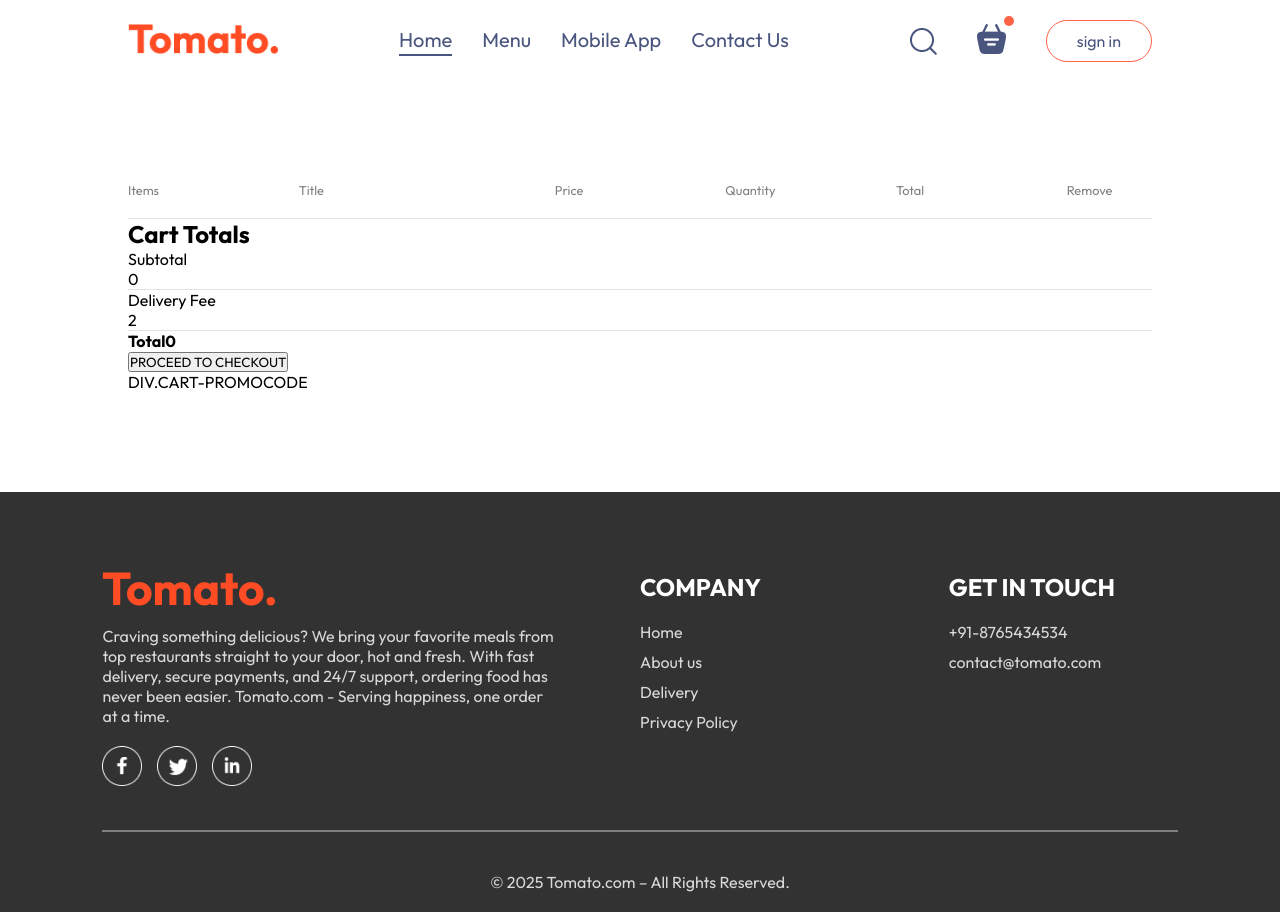
Repository: esakkiraj8104/FOOD_ORDER1
Page: /cart
These files come from the project's save history. The page is drawn as it stood at one moment and after a run of saves; the edit follows.
The browser window is 1280 px wide. The pictures show the whole page.
The project was rebuilt for these pictures with package versions that can differ from the ones it lists, and the page was loaded fresh each time. Also part of the build but not shown: vite.config.js, src/components/Navbar/Header/Haeder.css, src/components/Navbar/Header/Header.jsx, src/components/Navbar/ExploreMenu/ExploreMenu.css, src/components/Navbar/ExploreMenu/ExploreMenu.jsx, src/components/Navbar/FoodDisplay/FoodDisplay.css, src/components/Navbar/FoodItem/FoodItem.css, src/components/Navbar/FoodItem/FoodItem.jsx and 6 more. Imported but missing from the stored project, and not drawn on this page: src/pages/PlaceOrder/PlaceOrder.

Above is the page before, as saved 2025-05-20 18:49:39.

### index.html
<!doctype html>
<html lang="en">
  <head>
    <meta charset="UTF-8" />
    <link rel="icon" type="image/svg+xml" href="/vite.svg" />
    <meta name="viewport" content="width=device-width, initial-scale=1.0" />
    <title>Tomoto food Web</title>
  </head>
  <body>
    <div id="root"></div>
    <script type="module" src="/src/main.jsx"></script>
  </body>
</html>

### src/main.jsx
import React from 'react'
import ReactDOM from 'react-dom/client'
import './index.css'
import App from './App.jsx'
import {BrowserRouter} from 'react-router-dom'
import StoreContextProvider from './Context/StoreContext.jsx'

ReactDOM.createRoot(document.getElementById('root')).render(
  <BrowserRouter>
    <StoreContextProvider>
      <App />
    </StoreContextProvider>

  </BrowserRouter>

)

### src/index.css
@import url('https://fonts.googleapis.com/css2?family=Outfit:wght@100..900&display=swap');

*{
  padding: 0;
  margin: 0;
  box-sizing: border-box;
  font-family: outfit;
  scroll-behavior: smooth;
}
body{
  min-height: 100vh;
}
a{
  text-decoration :none;
  color: inherit;
}
.app{
  width: 80%;
  margin: auto;
}

@keyframes fadeIn {
  0%{
    opacity: 0;
  }
  100%{
    opacity: 1;
  }
}

### src/App.jsx
import React,{ useState } from 'react'
import { Route, Routes } from 'react-router-dom'
import Home from './pages/Home/Home'
import Cart from './pages/Cart/Cart'
import PlaceOrder from './pages/PlaceOrder/PlaceOrder'
import Navbar from './components/Navbar/Navbar/Navbar'
import Footer from './components/Navbar/Footer/Footer'
import LoginPopup from './components/LoginPopup/LoginPopup'

const App = () => {

  const[showLogin,setShowLogin]= useState(false)
  return (

    <>
    {showLogin?<LoginPopup setShowLogin={setShowLogin}/>:<></>}
      <div className='app'>
        <Navbar setShowLogin={setShowLogin}/>
        <Routes >
          <Route path='/' element={<Home />} />
          <Route path='/cart' element={<Cart />} />
          <Route path='/order' element={<PlaceOrder />} />
        </Routes>
      </div>
      <Footer />

    </>


  )
}

export default App

### src/Context/StoreContext.jsx
import { createContext, useEffect, useState } from "react";
import { food_list } from "../assets/assets";

export const StoreContext = createContext(null)

const StoreContextProvider = (props) => {

    const [cartItems,setCartItems]= useState({});

    const addToCart = (itemId) => {
        if (!cartItems[itemId]) {
            setCartItems((prev)=>({...prev,[itemId]:1}))
        }
        else{
            setCartItems((prev)=>({...prev,[itemId]:prev[itemId]+1}))
        }
    }

    const removeFromCart = (itemId) =>{
        setCartItems((prev)=>({...prev,[itemId]:prev[itemId]-1}))
    }

    useEffect(()=>{
        console.log(cartItems);
    },[cartItems])

    const contextValue = {
        food_list,
        cartItems,
        setCartItems,
        addToCart,
        removeFromCart

    }
    return (
        <StoreContext.Provider value={contextValue}>
            {props.children}
        </StoreContext.Provider>
    )
}

export default StoreContextProvider;

### src/pages/Cart/Cart.jsx
import React, { useContext } from 'react'
import './Cart.css'
import { StoreContext } from '../../Context/StoreContext'
const Cart = () => {


  const { cartItems, food_list, removeFromCart } = useContext(StoreContext);
  return (
    <div className='cart'>
      <div className="cart-items">
        <div className="cart-items-title">
          <p>Items</p>
          <p>Title</p>
          <p>Price</p>
          <p>Quantity</p>
          <p>Total</p>
          <p>Remove</p>
        </div>
        <br />
        <hr />
        {food_list.map((item, index) => {
          if (cartItems[item._id] > 0) {
            return (
              <div>
                <div className='cart-items-title cart-items-item'>
                  <img src={item.image} alt="" />
                  <p>{item.name}</p>
                  <p>${item.price}</p>
                  <p>{cartItems[item._id]}</p>
                  <p>${item.price * cartItems[item._id]}</p>
                  <p  onClick={()=>removeFromCart(item._id)} className='cross'>❌</p>
                </div>
                <hr />
              </div>

            )
          }
        })}
      </div>
      <div className="cart-bottom">
        <div className="cart-total">
          <h2>Cart Totals</h2>
          <div>
            <div className="cart-total-details">
              <p>Subtotal</p>
              <p>{0}</p>
            </div>
            <hr />
            <div className="cart-total-details">
              <p>Delivery Fee</p>
              <p>{2}</p>
            </div>
             <hr />
            <div className="cart-total-details">
              <b>Total</b>
              <b>{0}</b>
            </div>
          </div>
          <button>PROCEED TO CHECKOUT</button>
        </div>
        DIV.CART-PROMOCODE
      </div>
    </div>
  )
}

export default Cart

### src/components/Navbar/Navbar/Navbar.jsx
import React, { useState } from 'react'
import './Navbar.css'
import { assets } from '../../../assets/assets'
import { Link } from 'react-router-dom';
const Navbar = ({setShowLogin}) => {

    const [menu,setMenu] = useState("home");
  return (
    <div className='navbar'>
        <Link to='/'><img src={assets.logo} alt="" className="logo" /></Link>
        <ul className="navbar-menu">
        <Link to='/'className={menu === "home" ? "active" : ""} onClick={() => setMenu("home")}>Home</Link>
        <a href='#explore-menu' className={menu === "menu" ? "active" : ""} onClick={() => setMenu("menu")}>Menu</a>
        <a href='#app-download'className={menu === "mobile-app" ? "active" : ""} onClick={() => setMenu("mobile-app")}>Mobile App</a>
        <a href='#footer'className={menu === "contact us" ? "active" : ""} onClick={() => setMenu("contact us")}>Contact Us</a>
        </ul>
        <div className="navbar-right">
            <img src={assets.search_icon} alt="" />
            <div className="navbar-search-icon">
                <Link to='/cart'><img src={assets.basket_icon} alt="" /></Link>
                <div className="dot"></div>
            </div>
            <button onClick={()=>setShowLogin(true)}>sign in</button>
        </div>
    </div>
  )
}

export default Navbar

### src/components/Navbar/Footer/Footer.jsx
import React from 'react'
import './Footer.css'
import { assets } from '../../../assets/assets'

const Footer = () => {
  return (

    <div className='footer' id='footer'>
      <div className="footer-content">
        <div className="footer-content-left">
          <img src={assets.logo} alt="" />
          <p>Craving something delicious? We bring your favorite meals from top restaurants straight to your door, hot and fresh.
            With fast delivery, secure payments, and  24/7 support, ordering food has never been easier.
            Tomato.com - Serving happiness, one order at a time.</p>
          <div className="footer-social-icons">
            <img src={assets.facebook_icon} alt="" />
            <img src={assets.twitter_icon} alt="" />
            <img src={assets.linkedin_icon} alt="" />
          </div>
        </div>
        <div className="footer-content-center">
          <h2>COMPANY</h2>
          <ul>
            <li>Home</li>
            <li>About us</li>
            <li>Delivery</li>
            <li>Privacy Policy</li>
          </ul>
        </div>
        <div className="footer-content-right">
          <h2>GET IN TOUCH</h2>
          <ul>
            <li>+91-8765434534</li>
            <li>contact@tomato.com</li>
          </ul>
        </div>
      </div>
      <hr />
      <p className="footer-copyright">© 2025 Tomato.com – All Rights Reserved.</p>
    </div>
  )
}

export default Footer

### src/assets/assets.js
import basket_icon from './basket_icon.png'
import logo from './logo.png'
import header_img from './header_img.png'
import search_icon from './search_icon.png'
import menu_1 from './menu_1.png'
import menu_2 from './menu_2.png'
import menu_3 from './menu_3.png'
import menu_4 from './menu_4.png'
import menu_5 from './menu_5.png'
import menu_6 from './menu_6.png'
import menu_7 from './menu_7.png'
import menu_8 from './menu_8.png'

import food_1 from './food_1.png'
import food_2 from './food_2.png'
import food_3 from './food_3.png'
import food_4 from './food_4.png'
import food_5 from './food_5.png'
import food_6 from './food_6.png'
import food_7 from './food_7.png'
import food_8 from './food_8.png'
import food_9 from './food_9.png'
import food_10 from './food_10.png'
import food_11 from './food_11.png'
import food_12 from './food_12.png'
import food_13 from './food_13.png'
import food_14 from './food_14.png'
import food_15 from './food_15.png'
import food_16 from './food_16.png'
import food_17 from './food_17.png'
import food_18 from './food_18.png'
import food_19 from './food_19.png'
import food_20 from './food_20.png'
import food_21 from './food_21.png'
import food_22 from './food_22.png'
import food_23 from './food_23.png'
import food_24 from './food_24.png'
import food_25 from './food_25.png'
import food_26 from './food_26.png'
import food_27 from './food_27.png'
import food_28 from './food_28.png'
import food_29 from './food_29.png'
import food_30 from './food_30.png'
import food_31 from './food_31.png'
import food_32 from './food_32.png'

import add_icon_white from './add_icon_white.png'
import add_icon_green from './add_icon_green.png'
import remove_icon_red from './remove_icon_red.png'
import app_store from './app_store.png'
import play_store from './play_store.png'
import linkedin_icon from './linkedin_icon.png'
import facebook_icon from './facebook_icon.png'
import twitter_icon from './twitter_icon.png'
import cross_icon from './cross_icon.png'
import selector_icon from './selector_icon.png'
import rating_starts from './rating_starts.png'
import profile_icon from './profile_icon.png'
import bag_icon from './bag_icon.png'
import logout_icon from './logout_icon.png'
import parcel_icon from './parcel_icon.png'

export const assets = {
    logo,
    basket_icon,
    header_img,
    search_icon,
    rating_starts,
    add_icon_green,
    add_icon_white,
    remove_icon_red,
    app_store,
    play_store,
    linkedin_icon,
    facebook_icon,
    twitter_icon,
    cross_icon,
    selector_icon,
    profile_icon,
    logout_icon,
    bag_icon,
    parcel_icon
}

export const menu_list = [
    {
        menu_name: "Salad",
        menu_image: menu_1
    },
    {
        menu_name: "Rolls",
        menu_image: menu_2
    },
    {
        menu_name: "Deserts",
        menu_image: menu_3
    },
    {
        menu_name: "Sandwich",
        menu_image: menu_4
    },
    {
        menu_name: "Cake",
        menu_image: menu_5
    },
    {
        menu_name: "Pure Veg",
        menu_image: menu_6
    },
    {
        menu_name: "Pasta",
        menu_image: menu_7
    },
    {
        menu_name: "Noodles",
        menu_image: menu_8
    }]

export const food_list = [
    {
        _id: "1",
        name: "Greek salad",
        image: food_1,
        price: 12,
        description: "Food provides essential nutrients for overall health and well-being",
        category: "Salad"
    },
    {
        _id: "2",
        name: "Veg salad",
        image: food_2,
        price: 18,
        description: "Food provides essential nutrients for overall health and well-being",
        category: "Salad"
    }, {
        _id: "3",
        name: "Clover Salad",
        image: food_3,
        price: 16,
        description: "Food provides essential nutrients for overall health and well-being",
        category: "Salad"
    }, {
        _id: "4",
        name: "Chicken Salad",
        image: food_4,
        price: 24,
        description: "Food provides essential nutrients for overall health and well-being",
        category: "Salad"
    }, {
        _id: "5",
        name: "Lasagna Rolls",
        image: food_5,
        price: 14,
        description: "Food provides essential nutrients for overall health and well-being",
        category: "Rolls"
    }, {
        _id: "6",
        name: "Peri Peri Rolls",
        image: food_6,
        price: 12,
        description: "Food provides essential nutrients for overall health and well-being",
        category: "Rolls"
    }, {
        _id: "7",
        name: "Chicken Rolls",
        image: food_7,
        price: 20,
        description: "Food provides essential nutrients for overall health and well-being",
        category: "Rolls"
    }, {
        _id: "8",
        name: "Veg Rolls",
        image: food_8,
        price: 15,
        description: "Food provides essential nutrients for overall health and well-being",
        category: "Rolls"
    }, {
        _id: "9",
        name: "Ripple Ice Cream",
        image: food_9,
        price: 14,
        description: "Food provides essential nutrients for overall health and well-being",
        category: "Deserts"
    }, {
        _id: "10",
        name: "Fruit Ice Cream",
        image: food_10,
        price: 22,
        description: "Food provides essential nutrients for overall health and well-being",
        category: "Deserts"
    }, {
        _id: "11",
        name: "Jar Ice Cream",
        image: food_11,
        price: 10,
        description: "Food provides essential nutrients for overall health and well-being",
        category: "Deserts"
    }, {
        _id: "12",
        name: "Vanilla Ice Cream",
        image: food_12,
        price: 12,
        description: "Food provides essential nutrients for overall health and well-being",
        category: "Deserts"
    },
    {
        _id: "13",
        name: "Chicken Sandwich",
        image: food_13,
        price: 12,
        description: "Food provides essential nutrients for overall health and well-being",
        category: "Sandwich"
    },
    {
        _id: "14",
        name: "Vegan Sandwich",
        image: food_14,
        price: 18,
        description: "Food provides essential nutrients for overall health and well-being",
        category: "Sandwich"
    }, {
        _id: "15",
        name: "Grilled Sandwich",
        image: food_15,
        price: 16,
        description: "Food provides essential nutrients for overall health and well-being",
        category: "Sandwich"
    }, {
        _id: "16",
        name: "Bread Sandwich",
        image: food_16,
        price: 24,
        description: "Food provides essential nutrients for overall health and well-being",
        category: "Sandwich"
    }, {
        _id: "17",
        name: "Cup Cake",
        image: food_17,
        price: 14,
        description: "Food provides essential nutrients for overall health and well-being",
        category: "Cake"
    }, {
        _id: "18",
        name: "Vegan Cake",
        image: food_18,
        price: 12,
        description: "Food provides essential nutrients for overall health and well-being",
        category: "Cake"
    }, {
        _id: "19",
        name: "Butterscotch Cake",
        image: food_19,
        price: 20,
        description: "Food provides essential nutrients for overall health and well-being",
        category: "Cake"
    }, {
        _id: "20",
        name: "Sliced Cake",
        image: food_20,
        price: 15,
        description: "Food provides essential nutrients for overall health and well-being",
        category: "Cake"
    }, {
        _id: "21",
        name: "Garlic Mushroom ",
        image: food_21,
        price: 14,
        description: "Food provides essential nutrients for overall health and well-being",
        category: "Pure Veg"
    }, {
        _id: "22",
        name: "Fried Cauliflower",
        image: food_22,
        price: 22,
        description: "Food provides essential nutrients for overall health and well-being",
        category: "Pure Veg"
    }, {
        _id: "23",
        name: "Mix Veg Pulao",
        image: food_23,
        price: 10,
        description: "Food provides essential nutrients for overall health and well-being",
        category: "Pure Veg"
    }, {
        _id: "24",
        name: "Rice Zucchini",
        image: food_24,
        price: 12,
        description: "Food provides essential nutrients for overall health and well-being",
        category: "Pure Veg"
    },
    {
        _id: "25",
        name: "Cheese Pasta",
        image: food_25,
        price: 12,
        description: "Food provides essential nutrients for overall health and well-being",
        category: "Pasta"
    },
    {
        _id: "26",
        name: "Tomato Pasta",
        image: food_26,
        price: 18,
        description: "Food provides essential nutrients for overall health and well-being",
        category: "Pasta"
    }, {
        _id: "27",
        name: "Creamy Pasta",
        image: food_27,
        price: 16,
        description: "Food provides essential nutrients for overall health and well-being",
        category: "Pasta"
    }, {
        _id: "28",
        name: "Chicken Pasta",
        image: food_28,
        price: 24,
        description: "Food provides essential nutrients for overall health and well-being",
        category: "Pasta"
    }, {
        _id: "29",
        name: "Buttter Noodles",
        image: food_29,
        price: 14,
        description: "Food provides essential nutrients for overall health and well-being",
        category: "Noodles"
    }, {
        _id: "30",
        name: "Veg Noodles",
        image: food_30,
        price: 12,
        description: "Food provides essential nutrients for overall health and well-being",
        category: "Noodles"
    }, {
        _id: "31",
        name: "Somen Noodles",
        image: food_31,
        price: 20,
        description: "Food provides essential nutrients for overall health and well-being",
        category: "Noodles"
    }, {
        _id: "32",
        name: "Cooked Noodles",
        image: food_32,
        price: 15,
        description: "Food provides essential nutrients for overall health and well-being",
        category: "Noodles"
    }
]

### src/pages/Cart/Cart.css
.cart{
    margin-top: 100px;
}
.cart-items-title{
    display: grid;
    grid-template-columns: 1fr 1.5fr 1fr 1fr 1fr 0.5fr;
    align-items: center;
    color: grey;
    font-size: max(1vw,12px);

}
.cart-items-item{
    margin: 10px 0px;
    color: black;
}
.cart-items-item img{
    width: 100px;
}
.cart hr{
    height: 1px;
    background-color: #e2e2e2;
    border: none;
}
.cart-items-item .cross{
    cursor: pointer;
}

### src/components/Navbar/Navbar/Navbar.css
.navbar{
    padding: 20px 0px;
    display: flex;
    justify-content: space-between;
    align-items: center;
}

.navbar .logo{
    width: 150px;
}

.navbar-menu{
    display: flex;
    list-style: none;
    gap: 30px;
    color: #49557e;
    font-size: 20px;
}

.navbar-right{
    display: flex;
    align-items: center;
    gap: 40px;
}

.navbar button{
    background: transparent;
    font-size: 16px;
    color: #49557e;
    border: 1px solid tomato;
    padding: 10px 30px;
    border-radius: 50px;
    cursor: pointer;
    transition: 0.3;
}

.navbar button:hover{
    background-color: #fff4f2;
}

.navbar .active{
    padding-bottom: 2px;
    border-bottom: 2px solid #49557e;
}

.navbar li{
    cursor: pointer;
}

.navbar-search-icon{
    position:relative;
}

.navbar-search-icon .dot{
    position: absolute;
    min-width: 10px;
    min-height: 10px;
    background-color: tomato;
    border-radius: 5px;
    top: -8px;
    right: -8px;
}
@media(max-width:1050px) {
    .navbar .logo{
        width: 140px;
    }
    .navbar-menu{
        gap: 20px;
        font-size: 17px;
    }
    .navbar-right{
        gap: 30px;
    }
    .navbar-right img{
        width: 22px;
    }
    .navbar-right button{
        padding: 8px 25px;
    }
}
@media(max-width:900px) {
    .navbar .logo{
        width: 120px;
    }
    .navbar-menu{
        gap: 15px;
        font-size: 16px;
    }
    .navbar-right{
        gap: 20px;
    }
    .navbar-right img{
        width: 20px;
    }
    .navbar-right button{
        padding: 7px 20px;
        font-size: 15px;
    }
}
@media(max-width:750px) {
    .navbar-menu{
        display: none;
    }
}

### src/components/Navbar/Footer/Footer.css
.footer{
    color: #d9d9d9;
    background: #323232;
    display: flex;
    flex-direction: column;
    align-items: center;
    gap: 20px;
    padding: 20px 8vw;
    padding-top: 80px;
    margin-top: 100px;

}

.footer-content{
    width: 100%;
    display: grid;
    grid-template-columns: 2fr 1fr 1fr;
    gap: 80px;
}
.footer-content-left, .footer-content-right, .footer-content-center{
    display: flex;
    flex-direction: column;
    align-items: start;
    gap: 20px;
}
.footer-content-left li, .footer-content-right li, .footer-content-center li{
    list-style: none;
    margin-bottom: 10px;
    cursor: pointer;
}
.footer-content-right h2, .footer-content-center h2 {
    color: white;
}
.footer-social-icons img{
    width: 40px;
    margin-right: 15px;
}
.footer hr{
    width: 100%;
    height: 2px;
    margin: 20px 0;
    background-color: grey;
    border: none;
}
@media (max-width:750px) {
    .footer-content{
        display: flex;
        flex-direction: column;
        gap: 35px;
    }
    .footer-copyright{
        text-align: center;
    }
}

Loaded but not shown: src/pages/Home/Home.css (no stored copy; drawn as an empty file)

After the next 3 saves:
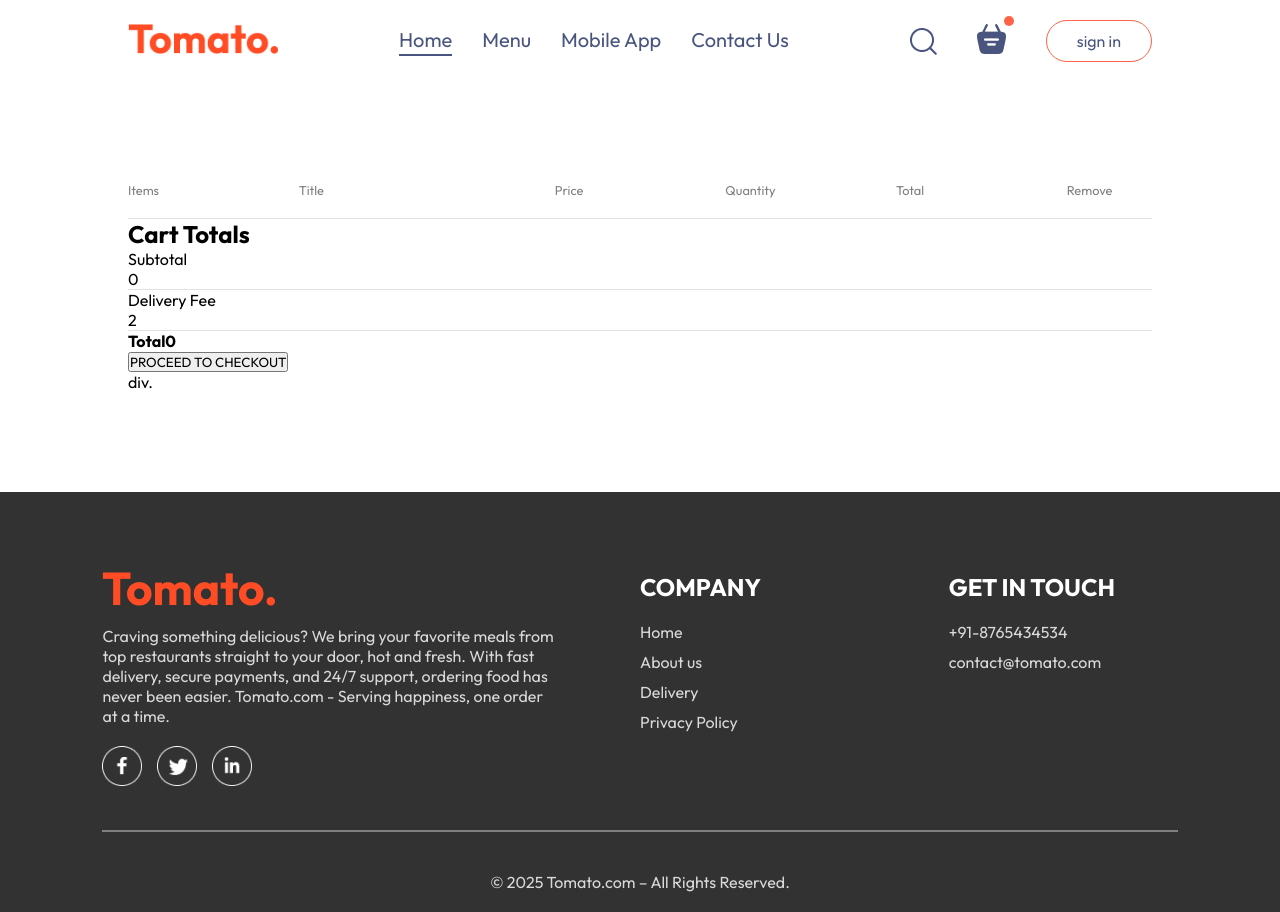
The 3 saves are shown as one change because they came seconds apart.
The last was saved 10 s later.
--- a/src/pages/Cart/Cart.jsx
+++ b/src/pages/Cart/Cart.jsx
@@ -58,7 +58,7 @@ const Cart = () => {
           </div>
           <button>PROCEED TO CHECKOUT</button>
         </div>
-        DIV.CART-PROMOCODE
+        div.
       </div>
     </div>
   )
